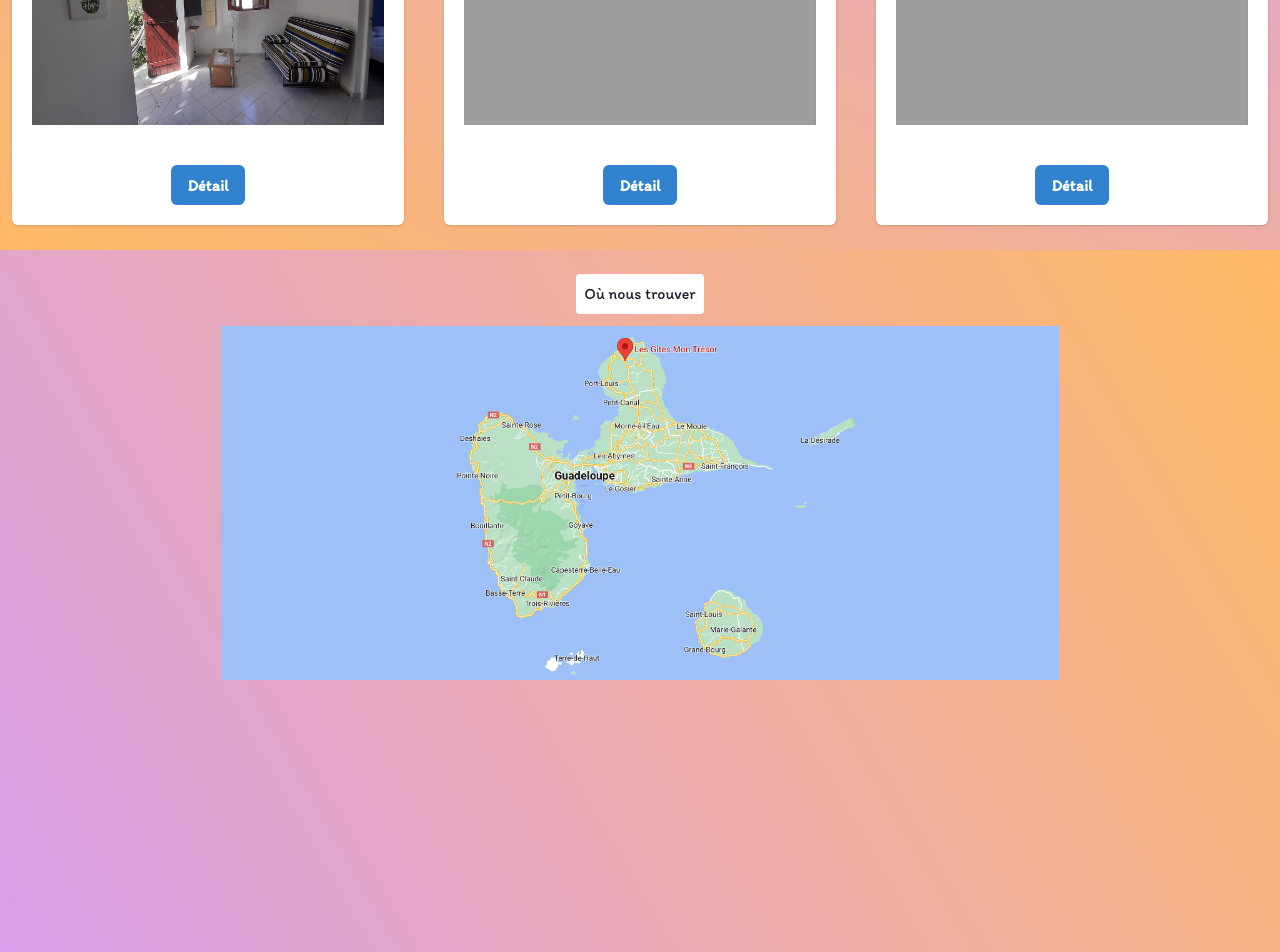
Repository: All-Khwarizmi/gites-v2
Page: /
An editor plug-in stored every save of this project. The page is shown before and after the next save, followed by the edit.
The browser window is 1280 px wide. The pictures show the part of the page from y = 1190 to 2142 px (the page is 2160 px tall).
Pictures or frames that could not be fetched are drawn as grey boxes. The project was rebuilt for these pictures with package versions that can differ from the ones it lists, and the page was loaded fresh each time. The framework's server and built-in components were replaced by stand-ins that run in the browser. Also part of the build but not shown: next.config.js, next.config.mjs.

Above is the page before, as saved 2023-02-03 19:07:47.

After the next save:
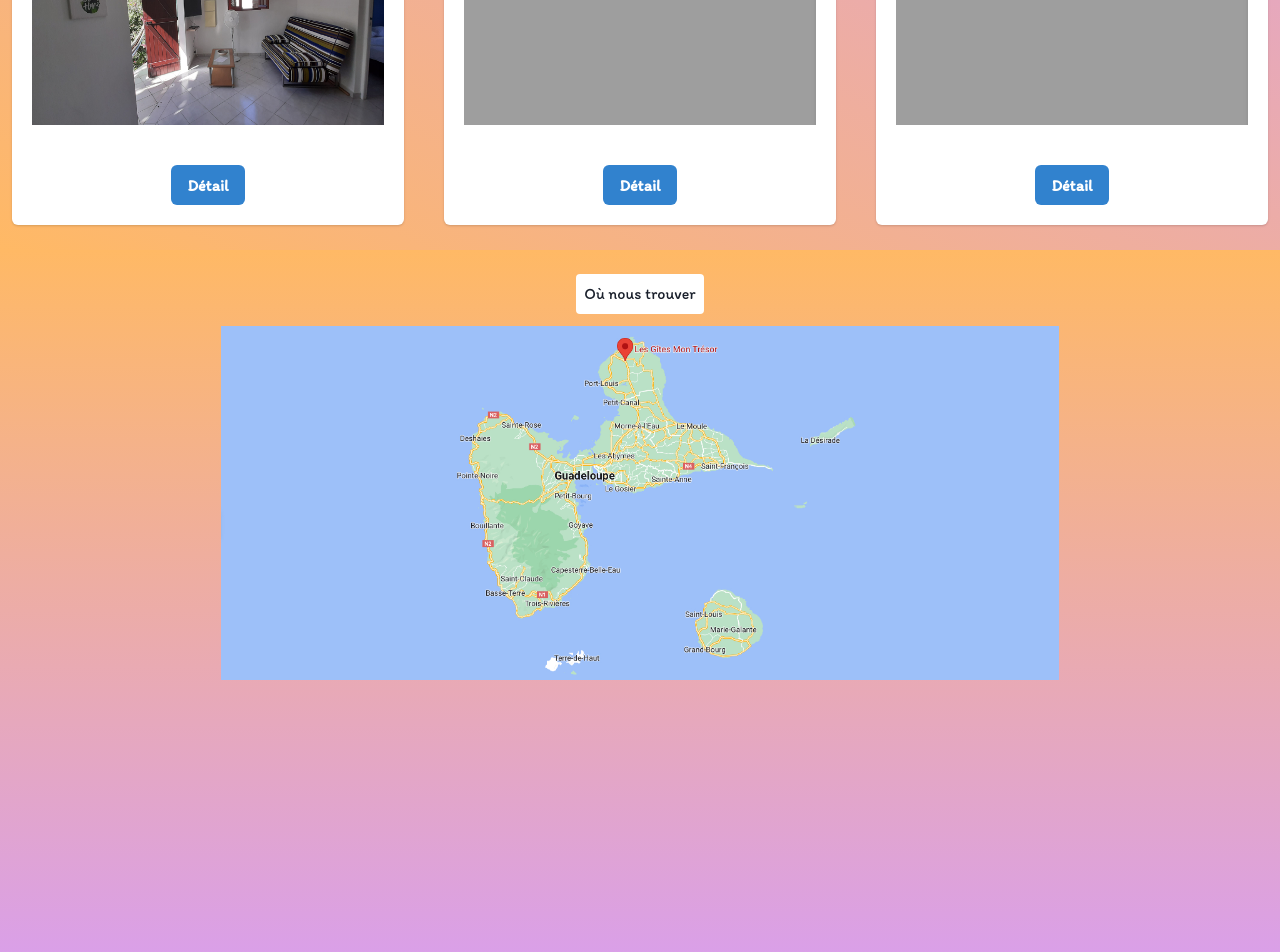
Saved 12 s later.
--- a/src/styles/globals.css
+++ b/src/styles/globals.css
@@ -43,7 +43,7 @@ body {
 }
 .section-2 {
   background-image: linear-gradient(
-    60deg,
+    0deg,
     var(--colorTwo) 0%,
     var(--colorOne) 100%
   );
